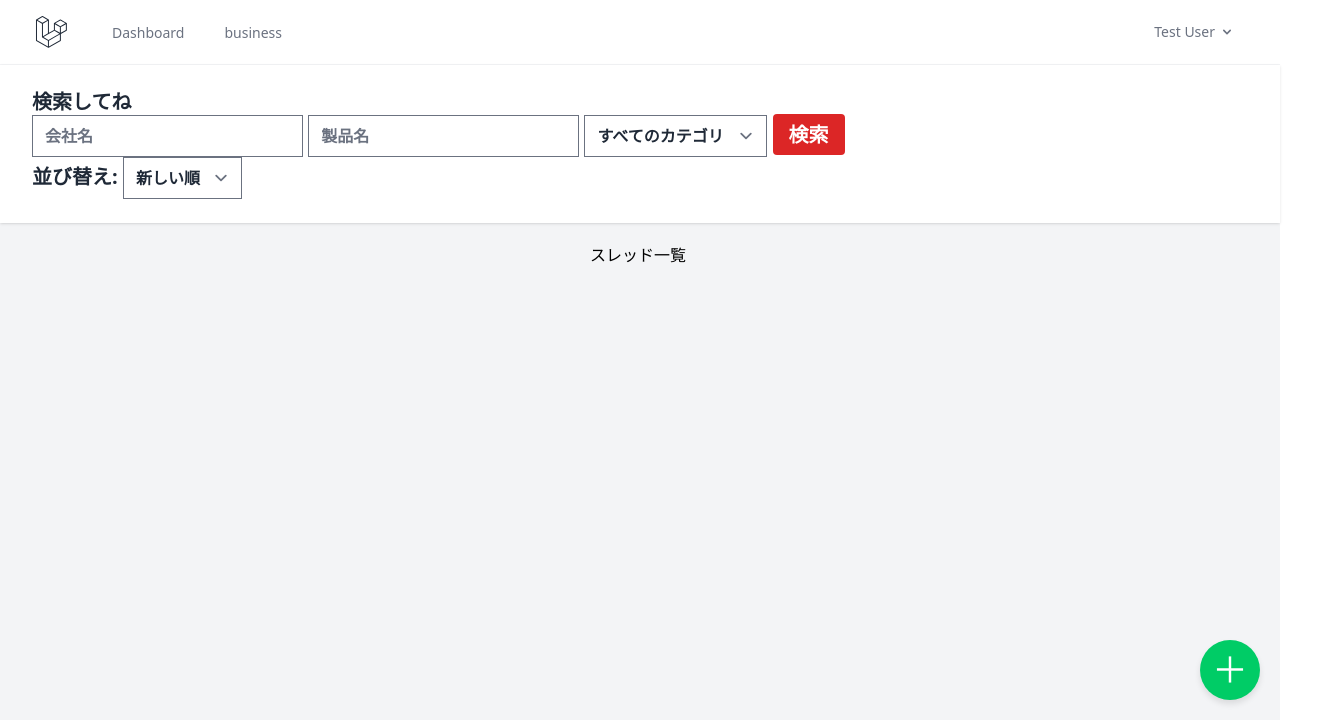
Repository: kyoko-shiraishi/Reproduce
Page: http://localhost/home
An editor plug-in stored every save of this project. The page is shown before and after the next save, followed by the edit.
The browser window is 1280 px wide. The page is 1330 px wide, so the pictures cover 1330 px, including what lies to the right of the window. The pictures show the whole page.
Some web libraries are served in a nearby version. The page is served by the project's Laravel application, run on PHP 8.4 with Laravel 12. A made-up administrator, Test User (test@example.com), is signed in. Style sheets and scripts are compiled from the project's sources, by tool versions that may differ from the author's. Queries for data that is not in the repository find no rows.

Above is the page before, as saved 2024-10-21 14:08:17.

After the next save:
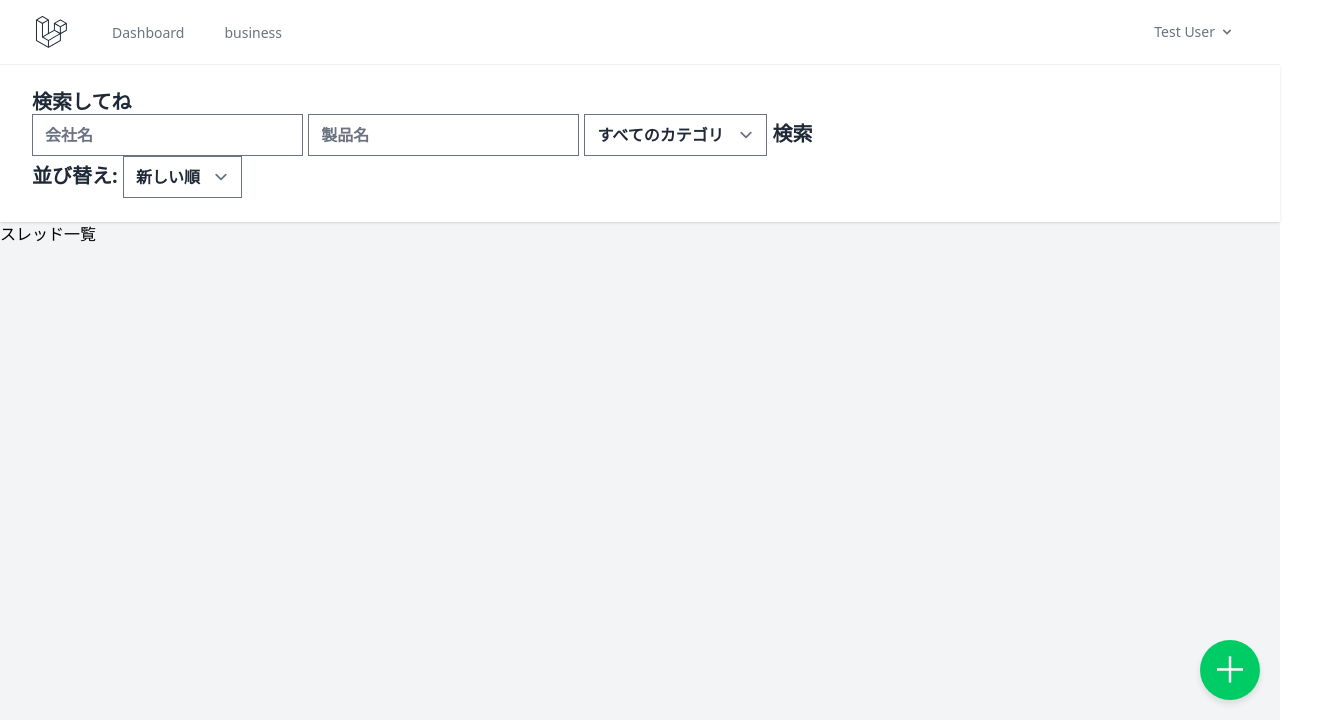
Saved 35 min 47 s later.
--- a/resources/views/please/home.blade.php
+++ b/resources/views/please/home.blade.php
@@ -7,7 +7,8 @@
                 @csrf
                 <input type="text" id="company_name" name="company_name" value="{{ old('company_name') }}" placeholder="会社名">
                 <input type="text" name="product_name" value="{{ old('product_name') }}" placeholder="製品名">
-                <input type="hidden" id="Kanacompany_name" name="Kanacompany_name">
+
+
                 <select name="category_id">
                     <option value="">すべてのカテゴリ</option>
                     @foreach ($categories as $category)
@@ -15,7 +16,7 @@
                     @endforeach
                 </select>
 
-                <button type=”submit” class="bg-red-600 hover:bg-red-500 text-white rounded px-4 py-2">検索</button>
+                <input type="submit" value="検索">
 
                 <div class="sorting-dropdown">
                     <label for="sort">並び替え:</label>
@@ -28,7 +29,7 @@
             </form>
         </h2>
     </x-slot>
-<div class="article">
+
     <h2>スレッド一覧</h2>
     <div class="each">
         <ul>
@@ -65,18 +66,7 @@
             @endforeach
         </ul>
     </div>
-</div>
-    <script src="https://unpkg.com/wanakana"></script>
 
-    <script>
-        document.getElementById('company_name').addEventListener('input', function() {
-            const companyName = this.value;
-            const KanaCompanyName = wanakana.toKatakana(companyName);
-            document.getElementById('Kanacompany_name').value = KanaCompanyName; // 隠しフィールドに設定
-            console.log(KanaCompanyName); // デバッグ用
-
-        });
-    </script>
 
 <script>
         // いいねボタンのhtml要素を取得
